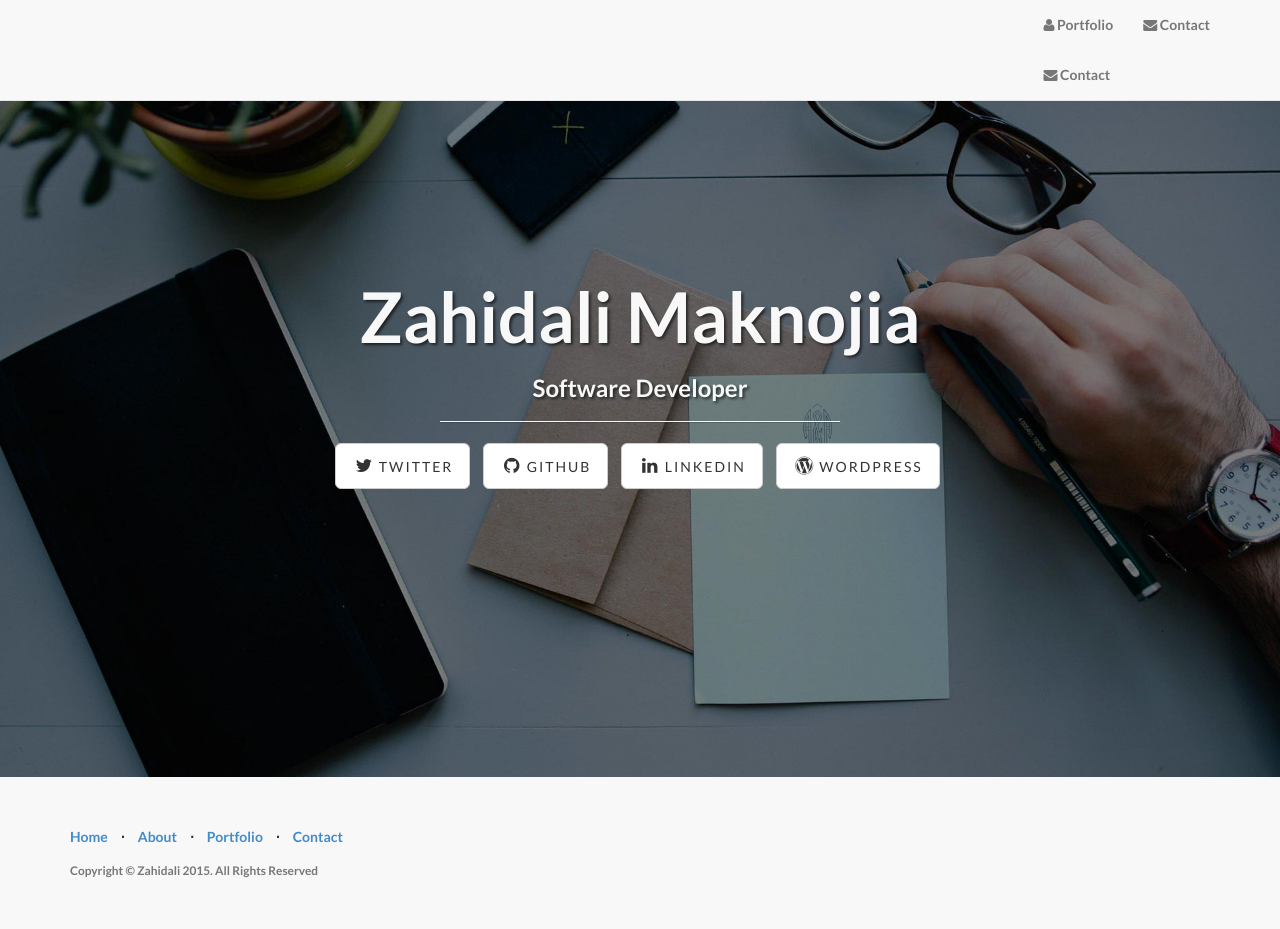
Repository: zahidmak/zahidmak.github.io
Page: index.html
The author's editor kept a record of every edit. The page is drawn from the files as they stood at one moment, then again after the next edit.
The browser window is 1280 px wide. The pictures show the whole page.

Above is the page before.

### index.html
<!DOCTYPE html>
<html lang="en">

<head>

    <meta charset="utf-8">
    <meta http-equiv="X-UA-Compatible" content="IE=edge">
    <meta name="viewport" content="width=device-width, initial-scale=1">
    <meta name="description" content="">
    <meta name="author" content="">

    <title>Zahidali - Software Developer</title>

    <!-- Bootstrap Core CSS -->
    <link href="css/bootstrap.min.css" rel="stylesheet">

    <!-- Custom CSS -->
    <link href="css/landing-page.css" rel="stylesheet">

    <!-- Custom Fonts -->
    <link href="font-awesome-4.1.0/css/font-awesome.min.css" rel="stylesheet" type="text/css">
    <link href="css/style.css" rel="stylesheet" type="text/css"/>
    <link href="http://fonts.googleapis.com/css?family=Lato:300,400,700,300italic,400italic,700italic" rel="stylesheet" type="text/css">

    <!-- HTML5 Shim and Respond.js IE8 support of HTML5 elements and media queries -->
    <!-- WARNING: Respond.js doesn't work if you view the page via file:// -->
    <!--[if lt IE 9]>
        <script src="https://oss.maxcdn.com/libs/html5shiv/3.7.0/html5shiv.js"></script>
        <script src="https://oss.maxcdn.com/libs/respond.js/1.4.2/respond.min.js"></script>
    <![endif]-->
    <script>
      (function(i,s,o,g,r,a,m){i['GoogleAnalyticsObject']=r;i[r]=i[r]||function(){
      (i[r].q=i[r].q||[]).push(arguments)},i[r].l=1*new Date();a=s.createElement(o),
      m=s.getElementsByTagName(o)[0];a.async=1;a.src=g;m.parentNode.insertBefore(a,m)
      })(window,document,'script','//www.google-analytics.com/analytics.js','ga');

      ga('create', 'UA-57121421-1', 'auto');
      ga('send', 'pageview');

    </script>
</head>

<body>

    <!-- Navigation -->
    <nav class="navbar navbar-default navbar-fixed-top" role="navigation">
        <div class="container">
            <!-- Brand and toggle get grouped for better mobile display -->
            <div class="navbar-header">
                <button type="button" class="navbar-toggle" data-toggle="collapse" data-target="#bs-example-navbar-collapse-1">
                    <span class="sr-only">Toggle navigation</span>
                    <span class="icon-bar"></span>
                    <span class="icon-bar"></span>
                    <span class="icon-bar"></span>
                </button>
             <!--   <a class="navbar-brand" href="#">Start Bootstrap</a> -->
            </div>
            <!-- Collect the nav links, forms, and other content for toggling -->
            <div class="collapse navbar-collapse" id="bs-example-navbar-collapse-1">
                <ul class="nav navbar-nav navbar-right">
                   <!-- <li>
                        <a href="#">About</a>
                    </li>
                    <li>
                        <a href="#">Portfolio</a>
                    </li> -->
                    <li>
                         <a href="/portfolio.html"><i class="fa fa-user"></i> Portfolio</a>
                        <a href="mailto:zahid2304@gmail.com"><i class="fa fa-envelope"></i> Contact</a>
                    </li>
                     <li>

                        <a href="mailto:zahid2304@gmail.com"><i class="fa fa-envelope"></i> Contact</a>
                    </li>
                </ul>
            </div>
            <!-- /.navbar-collapse -->
        </div>
        <!-- /.container -->
    </nav>

    <!-- Header -->
    <div class="intro-header">

        <div class="container">

            <div class="row">
                <div class="col-lg-12">
                    <div class="intro-message">
                        <h1>Zahidali Maknojia</h1>
                        <h3>Software Developer</h3>
                        <hr class="intro-divider">
                        <ul class="list-inline intro-social-buttons">
                            <li>
                                <a href="https://twitter.com/zahid_mak" class="btn btn-default btn-lg" target="_blank"><i class="fa fa-twitter fa-fw"></i> <span class="network-name">Twitter</span></a>
                            </li>
                            <li>
                                <a href="https://github.com/zahidmak" class="btn btn-default btn-lg" target="_blank"><i class="fa fa-github fa-fw"></i> <span class="network-name">Github</span></a>
                            </li>
                            <li>
                                <a href="https://ca.linkedin.com/pub/zahidali-maknojia/23/954/9b/" target="_blank" class="btn btn-default btn-lg"><i class="fa fa-linkedin fa-fw"></i> <span class="network-name">Linkedin</span></a>
                            </li>
                               <li>
                                <a href="https://zahidmak.wordpress.com/" class="btn btn-default btn-lg" target="_blank"><i class="fa fa-wordpress fa-fw"></i> <span class="network-name">Wordpress</span></a>
                            </li>
                        </ul>
                    </div>
                </div>
            </div>

        </div>
        <!-- /.container -->

    </div>
    <!-- /.intro-header -->

    <!-- Page Content -->

   <!-- <div class="content-section-a">

        <div class="container">

            <div class="row">
                <div class="col-lg-5 col-sm-6">
                    <hr class="section-heading-spacer">
                    <div class="clearfix"></div>
                    <h2 class="section-heading">Death to the Stock Photo:<br>Special Thanks</h2>
                    <p class="lead">A special thanks to <a target="_blank" href="http://join.deathtothestockphoto.com/">Death to the Stock Photo</a> for providing the photographs that you see in this template. Visit their website to become a member.</p>
                </div>
                <div class="col-lg-5 col-lg-offset-2 col-sm-6">
                    <img class="img-responsive" src="img/ipad.png" alt="">
                </div>
            </div>

        </div>


    </div>


    <div class="content-section-b">

        <div class="container">

            <div class="row">
                <div class="col-lg-5 col-lg-offset-1 col-sm-push-6  col-sm-6">
                    <hr class="section-heading-spacer">
                    <div class="clearfix"></div>
                    <h2 class="section-heading">3D Device Mockups<br>by PSDCovers</h2>
                    <p class="lead">Turn your 2D designs into high quality, 3D product shots in seconds using free Photoshop actions by <a target="_blank" href="http://www.psdcovers.com/">PSDCovers</a>! Visit their website to download some of their awesome, free photoshop actions!</p>
                </div>
                <div class="col-lg-5 col-sm-pull-6  col-sm-6">
                    <img class="img-responsive" src="img/dog.png" alt="">
                </div>
            </div>

        </div>


    </div>


    <div class="content-section-a">

        <div class="container">

            <div class="row">
                <div class="col-lg-5 col-sm-6">
                    <hr class="section-heading-spacer">
                    <div class="clearfix"></div>
                    <h2 class="section-heading">Google Web Fonts and<br>Font Awesome Icons</h2>
                    <p class="lead">This template features the 'Lato' font, part of the <a target="_blank" href="http://www.google.com/fonts">Google Web Font library</a>, as well as <a target="_blank" href="http://fontawesome.io">icons from Font Awesome</a>.</p>
                </div>
                <div class="col-lg-5 col-lg-offset-2 col-sm-6">
                    <img class="img-responsive" src="img/phones.png" alt="">
                </div>
            </div>

        </div>


    </div>


    <div class="banner">

        <div class="container">

            <div class="row">
                <div class="col-lg-6">
                    <h2>Connect to Start Bootstrap:</h2>
                </div>
                <div class="col-lg-6">
                    <ul class="list-inline banner-social-buttons">
                        <li>
                            <a href="https://twitter.com/SBootstrap" class="btn btn-default btn-lg"><i class="fa fa-twitter fa-fw"></i> <span class="network-name">Twitter</span></a>
                        </li>
                        <li>
                            <a href="https://github.com/IronSummitMedia/startbootstrap" class="btn btn-default btn-lg"><i class="fa fa-github fa-fw"></i> <span class="network-name">Github</span></a>
                        </li>
                        <li>
                            <a href="#" class="btn btn-default btn-lg"><i class="fa fa-linkedin fa-fw"></i> <span class="network-name">Linkedin</span></a>
                        </li>
                    </ul>
                </div>
            </div>

        </div>


    </div>
    <!-- /.banner -->

    <!-- Footer -->
    <footer>
        <div class="container">
            <div class="row">
                <div class="col-lg-12">
                    <ul class="list-inline">
                        <li>
                            <a href="#home">Home</a>
                        </li>
                        <li class="footer-menu-divider">&sdot;</li>
                        <li>
                            <a href="#about">About</a>
                        </li>
                        <li class="footer-menu-divider">&sdot;</li>
                        <li>
                            <a href="/portfolio.html">Portfolio</a>
                        </li>
                        <li class="footer-menu-divider">&sdot;</li>
                        <li>
                            <a href="mailto:zahid2304@gmail.com">Contact</a>
                        </li>
                    </ul>
                    <p class="copyright text-muted small">Copyright &copy; Zahidali 2015. All Rights Reserved</p>
                </div>
            </div>
        </div>
    </footer>

    <!-- jQuery Version 1.11.0 -->
    <script src="js/jquery-1.11.0.js"></script>

    <!-- Bootstrap Core JavaScript -->
    <script src="js/bootstrap.min.js"></script>

</body>

</html>

### css/landing-page.css
/*!
 * Start Bootstrap - Landing Page Bootstrap Theme (http://startbootstrap.com)
 * Code licensed under the Apache License v2.0.
 * For details, see http://www.apache.org/licenses/LICENSE-2.0.
 */

body,
html {
    width: 100%;
    height: 100%;
}

body,
h1,
h2,
h3,
h4,
h5,
h6 {
    font-family: "Lato","Helvetica Neue",Helvetica,Arial,sans-serif;
    font-weight: 700;
}

.lead {
    font-size: 18px;
    font-weight: 400;
}

.intro-header {
    padding-top: 50px; /* If you're making other pages, make sure there is 50px of padding to make sure the navbar doesn't overlap content! */
    padding-bottom: 50px;
    text-align: center;
    color: #f8f8f8;
    background: url(../img/intro-bg.jpg) no-repeat center center;
    background-size: cover;
}

.intro-message {
    position: relative;
    padding-top: 20%;
    padding-bottom: 20%;
}

.intro-message > h1 {
    margin: 0;
    text-shadow: 2px 2px 3px rgba(0,0,0,0.6);
    font-size: 5em;
}

.intro-divider {
    width: 400px;
    border-top: 1px solid #f8f8f8;
    border-bottom: 1px solid rgba(0,0,0,0.2);
}

.intro-message > h3 {
    text-shadow: 2px 2px 3px rgba(0,0,0,0.6);
}

@media(max-width:767px) {
    .intro-message {
        padding-bottom: 15%;
    }

    .intro-message > h1 {
        font-size: 3em;
    }

    ul.intro-social-buttons > li {
        display: block;
        margin-bottom: 20px;
        padding: 0;
    }

    ul.intro-social-buttons > li:last-child {
        margin-bottom: 0;
    }

    .intro-divider {
        width: 100%;
    }
}

.network-name {
    text-transform: uppercase;
    font-size: 14px;
    font-weight: 400;
    letter-spacing: 2px;
}

.content-section-a {
    padding: 50px 0;
    background-color: #f8f8f8;
}

.content-section-b {
    padding: 50px 0;
    border-top: 1px solid #e7e7e7;
    border-bottom: 1px solid #e7e7e7;
}

.section-heading {
    margin-bottom: 30px;
}

.section-heading-spacer {
    float: left;
    width: 200px;
    border-top: 3px solid #e7e7e7;
}

.banner {
    padding: 100px 0;
    color: #f8f8f8;
    background: url(../img/banner-bg.jpg) no-repeat center center;
    background-size: cover;
}

.banner h2 {
    margin: 0;
    text-shadow: 2px 2px 3px rgba(0,0,0,0.6);
    font-size: 3em;
}

.banner ul {
    margin-bottom: 0;
}

.banner-social-buttons {
    float: right;
    margin-top: 0;
}

@media(max-width:1199px) {
    ul.banner-social-buttons {
        float: left;
        margin-top: 15px;
    }
}

@media(max-width:767px) {
    .banner h2 {
        margin: 0;
        text-shadow: 2px 2px 3px rgba(0,0,0,0.6);
        font-size: 3em;
    }

    ul.banner-social-buttons > li {
        display: block;
        margin-bottom: 20px;
        padding: 0;
    }

    ul.banner-social-buttons > li:last-child {
        margin-bottom: 0;
    }
}

footer {
    padding: 50px 0;
    background-color: #f8f8f8;
}

p.copyright {
    margin: 15px 0 0;
}

### css/style.css
.timeline {
    list-style: none;
    padding: 20px 0 20px;
    position: relative;
}

    .timeline:before {
        top: 0;
        bottom: 0;
        position: absolute;
        content: " ";
        width: 3px;
        background-color: #eeeeee;
        left: 50%;
        margin-left: -1.5px;
    }

    .timeline > li {
        margin-bottom: 20px;
        position: relative;
    }

        .timeline > li:before,
        .timeline > li:after {
            content: " ";
            display: table;
        }

        .timeline > li:after {
            clear: both;
        }

        .timeline > li:before,
        .timeline > li:after {
            content: " ";
            display: table;
        }

        .timeline > li:after {
            clear: both;
        }

        .timeline > li > .timeline-panel {
            width: 46%;
            float: left;
            border: 1px solid #d4d4d4;
            border-radius: 2px;
            padding: 20px;
            position: relative;
            -webkit-box-shadow: 0 1px 6px rgba(0, 0, 0, 0.175);
            box-shadow: 0 1px 6px rgba(0, 0, 0, 0.175);
        }

            .timeline > li > .timeline-panel:before {
                position: absolute;
                top: 26px;
                right: -15px;
                display: inline-block;
                border-top: 15px solid transparent;
                border-left: 15px solid #ccc;
                border-right: 0 solid #ccc;
                border-bottom: 15px solid transparent;
                content: " ";
            }

            .timeline > li > .timeline-panel:after {
                position: absolute;
                top: 27px;
                right: -14px;
                display: inline-block;
                border-top: 14px solid transparent;
                border-left: 14px solid #fff;
                border-right: 0 solid #fff;
                border-bottom: 14px solid transparent;
                content: " ";
            }

        .timeline > li > .timeline-badge {
            color: #fff;
            width: 50px;
            height: 50px;
            line-height: 50px;
            font-size: 1.4em;
            text-align: center;
            position: absolute;
            top: 16px;
            left: 50%;
            margin-left: -25px;
            background-color: #999999;
            z-index: 100;
            border-top-right-radius: 50%;
            border-top-left-radius: 50%;
            border-bottom-right-radius: 50%;
            border-bottom-left-radius: 50%;
        }

        .timeline > li.timeline-inverted > .timeline-panel {
            float: right;
        }

            .timeline > li.timeline-inverted > .timeline-panel:before {
                border-left-width: 0;
                border-right-width: 15px;
                left: -15px;
                right: auto;
            }

            .timeline > li.timeline-inverted > .timeline-panel:after {
                border-left-width: 0;
                border-right-width: 14px;
                left: -14px;
                right: auto;
            }

.timeline-badge.primary {
    background-color: #2e6da4 !important;
}

.timeline-badge.success {
    background-color: #3f903f !important;
}

.timeline-badge.warning {
    background-color: #f0ad4e !important;
}

.timeline-badge.danger {
    background-color: #d9534f !important;
}

.timeline-badge.info {
    background-color: #5bc0de !important;
}

.timeline-title {
    margin-top: 0;
    color: inherit;
}

.timeline-body > p,
.timeline-body > ul {
    margin-bottom: 0;
}

    .timeline-body > p + p {
        margin-top: 5px;
    }

@media (max-width: 767px) {
    ul.timeline:before {
        left: 40px;
    }

    ul.timeline > li > .timeline-panel {
        width: calc(100% - 90px);
        width: -moz-calc(100% - 90px);
        width: -webkit-calc(100% - 90px);
    }

    ul.timeline > li > .timeline-badge {
        left: 15px;
        margin-left: 0;
        top: 16px;
    }

    ul.timeline > li > .timeline-panel {
        float: right;
    }

        ul.timeline > li > .timeline-panel:before {
            border-left-width: 0;
            border-right-width: 15px;
            left: -15px;
            right: auto;
        }

        ul.timeline > li > .timeline-panel:after {
            border-left-width: 0;
            border-right-width: 14px;
            left: -14px;
            right: auto;
        }
}

Loaded but not shown: css/bootstrap.min.css (library); font-awesome-4.1.0/css/font-awesome.min.css (library); js/jquery-1.11.0.js (library); js/bootstrap.min.js (library)

After the next edit:
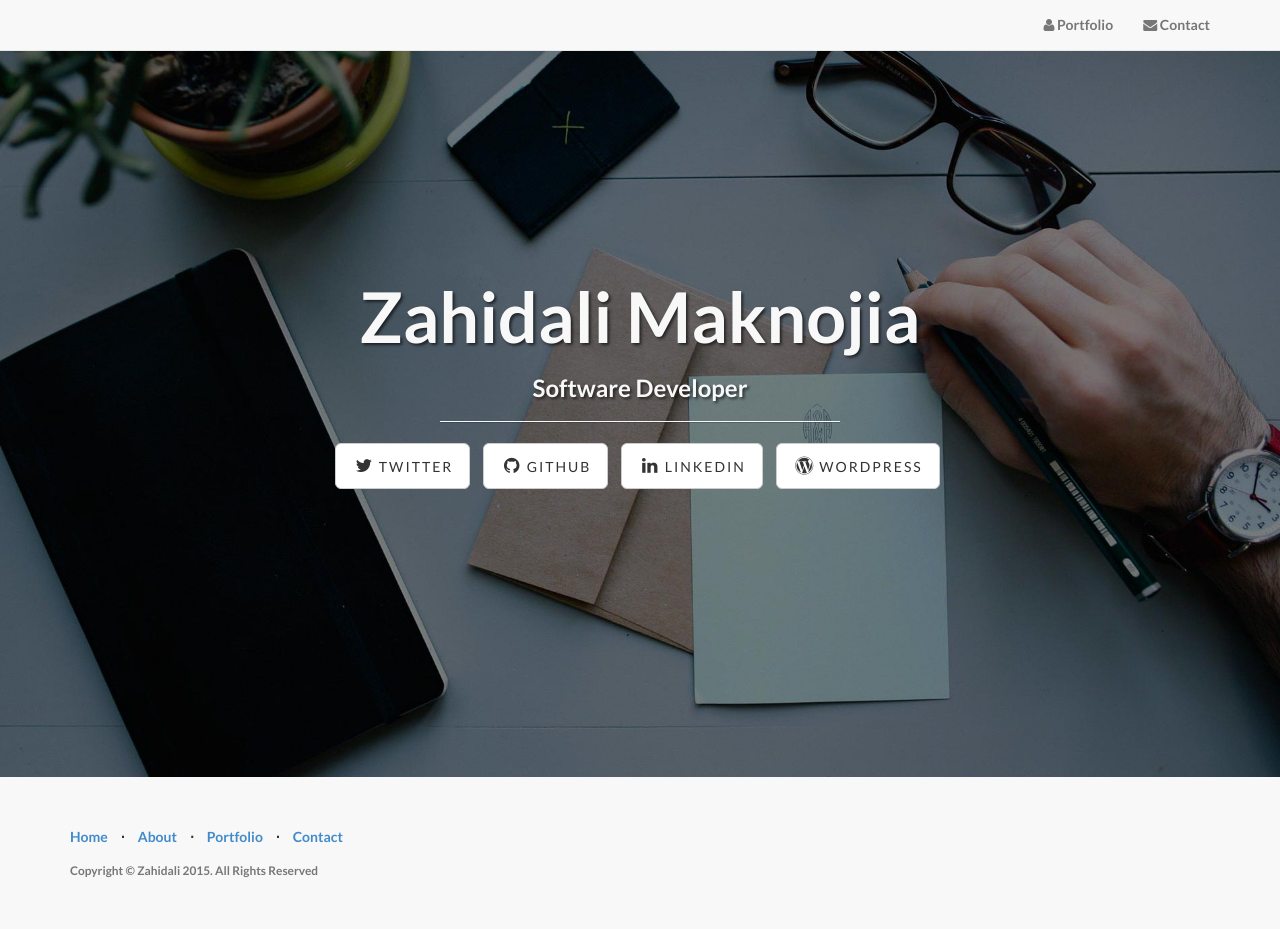
The edit:
--- a/index.html
+++ b/index.html
@@ -19,7 +19,7 @@
 
     <!-- Custom Fonts -->
     <link href="font-awesome-4.1.0/css/font-awesome.min.css" rel="stylesheet" type="text/css">
-    <link href="css/style.css" rel="stylesheet" type="text/css"/>
+    <link href="css/style.css" rel="stylesheet" type="text/css" />
     <link href="http://fonts.googleapis.com/css?family=Lato:300,400,700,300italic,400italic,700italic" rel="stylesheet" type="text/css">
 
     <!-- HTML5 Shim and Respond.js IE8 support of HTML5 elements and media queries -->
@@ -29,14 +29,20 @@
         <script src="https://oss.maxcdn.com/libs/respond.js/1.4.2/respond.min.js"></script>
     <![endif]-->
     <script>
-      (function(i,s,o,g,r,a,m){i['GoogleAnalyticsObject']=r;i[r]=i[r]||function(){
-      (i[r].q=i[r].q||[]).push(arguments)},i[r].l=1*new Date();a=s.createElement(o),
-      m=s.getElementsByTagName(o)[0];a.async=1;a.src=g;m.parentNode.insertBefore(a,m)
-      })(window,document,'script','//www.google-analytics.com/analytics.js','ga');
-
-      ga('create', 'UA-57121421-1', 'auto');
-      ga('send', 'pageview');
-
+        (function(i, s, o, g, r, a, m) {
+            i['GoogleAnalyticsObject'] = r;
+            i[r] = i[r] || function() {
+                (i[r].q = i[r].q || []).push(arguments)
+            }, i[r].l = 1 * new Date();
+            a = s.createElement(o),
+                m = s.getElementsByTagName(o)[0];
+            a.async = 1;
+            a.src = g;
+            m.parentNode.insertBefore(a, m)
+        })(window, document, 'script', '//www.google-analytics.com/analytics.js', 'ga');
+
+        ga('create', 'UA-57121421-1', 'auto');
+        ga('send', 'pageview');
     </script>
 </head>
 
@@ -53,22 +59,22 @@
                     <span class="icon-bar"></span>
                     <span class="icon-bar"></span>
                 </button>
-             <!--   <a class="navbar-brand" href="#">Start Bootstrap</a> -->
+                <!--   <a class="navbar-brand" href="#">Start Bootstrap</a> -->
             </div>
             <!-- Collect the nav links, forms, and other content for toggling -->
             <div class="collapse navbar-collapse" id="bs-example-navbar-collapse-1">
                 <ul class="nav navbar-nav navbar-right">
-                   <!-- <li>
+                    <!-- <li>
                         <a href="#">About</a>
                     </li>
                     <li>
                         <a href="#">Portfolio</a>
                     </li> -->
                     <li>
-                         <a href="/portfolio.html"><i class="fa fa-user"></i> Portfolio</a>
-                        <a href="mailto:zahid2304@gmail.com"><i class="fa fa-envelope"></i> Contact</a>
+                        <a href="/portfolio.html"><i class="fa fa-user"></i> Portfolio</a>
+
                     </li>
-                     <li>
+                    <li>
 
                         <a href="mailto:zahid2304@gmail.com"><i class="fa fa-envelope"></i> Contact</a>
                     </li>
@@ -100,7 +106,7 @@
                             <li>
                                 <a href="https://ca.linkedin.com/pub/zahidali-maknojia/23/954/9b/" target="_blank" class="btn btn-default btn-lg"><i class="fa fa-linkedin fa-fw"></i> <span class="network-name">Linkedin</span></a>
                             </li>
-                               <li>
+                            <li>
                                 <a href="https://zahidmak.wordpress.com/" class="btn btn-default btn-lg" target="_blank"><i class="fa fa-wordpress fa-fw"></i> <span class="network-name">Wordpress</span></a>
                             </li>
                         </ul>
@@ -116,7 +122,7 @@
 
     <!-- Page Content -->
 
-   <!-- <div class="content-section-a">
+    <!-- <div class="content-section-a">
 
         <div class="container">
 
